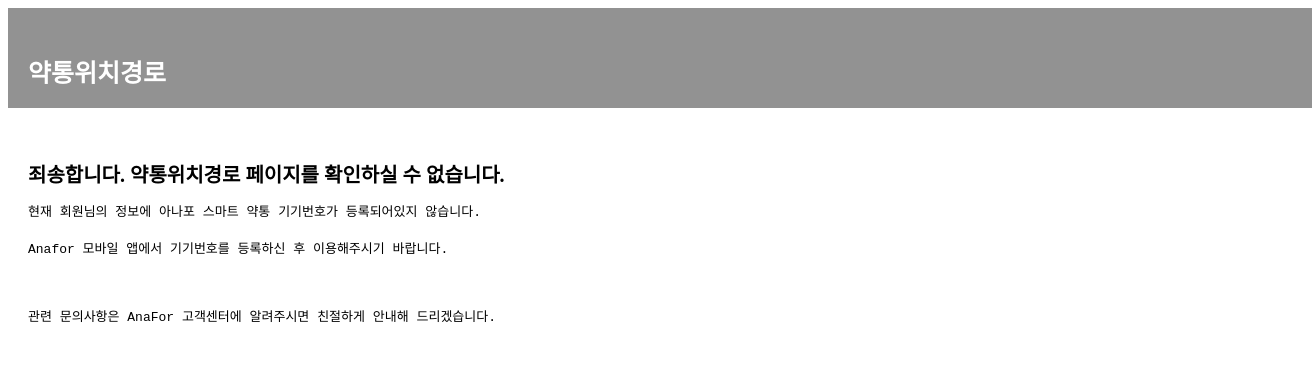
Repository: euzny/Spring-Website
Page: http://localhost/anafor/WEB-INF/views/my_info/notAccept.jsp
The author's editor kept a copy of each file at every save. The page is drawn from the files as they stood at one save, then again after the next save.
The browser window is 1280 px wide. The page is 1312 px wide, so the pictures cover 1312 px, including what lies to the right of the window. The pictures show the whole page.
The page is served by Tomcat 9. Nobody is signed in. The template is opened directly, without the code that normally fills it, so the values that code supplies are empty.

Above is the page before, as saved 2022-06-23 02:06:45.

After the next save:
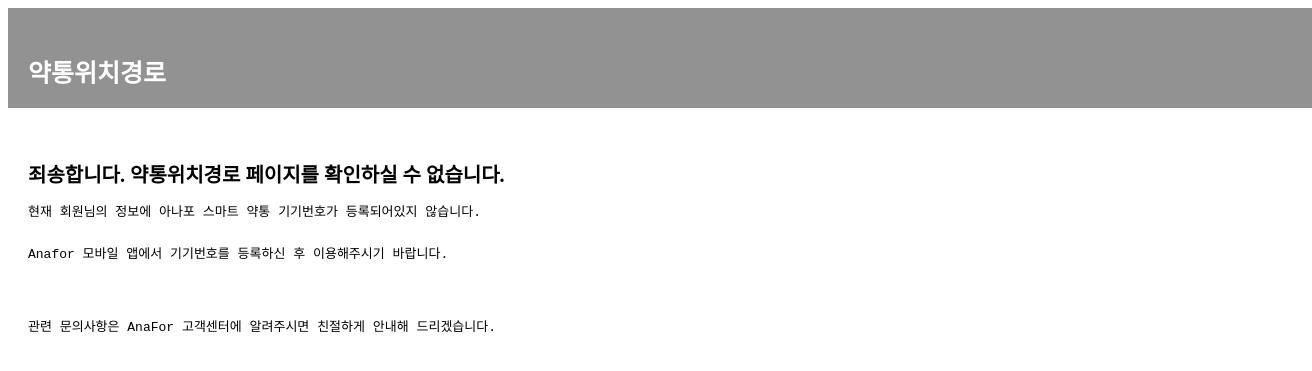
Saved 38 s later.
--- a/Workspace/anafor/src/main/webapp/WEB-INF/views/my_info/notAccept.jsp
+++ b/Workspace/anafor/src/main/webapp/WEB-INF/views/my_info/notAccept.jsp
@@ -31,7 +31,7 @@
 	   margin-bottom:5px;
 	}
 	#notice pre{
-		padding-bottom:5px;
+		padding-bottom:10px;
 	}
    	</style>
 </head>
